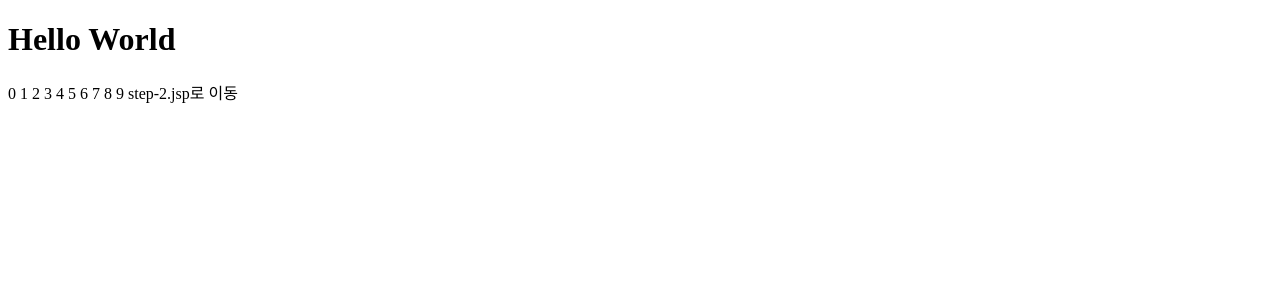
Repository: havanara/240411_JSTL_Project
Page: http://localhost/jstl_study/step-1.jsp
The author's editor kept a copy of each file at every save. The page is drawn from the files as they stood at one save, then again after the next save.
The browser window is 1280 px wide. The pictures show the whole page.
The page is served by Tomcat 9.

Above is the page before, as saved 2024-04-11 02:42:44.

After the next save:
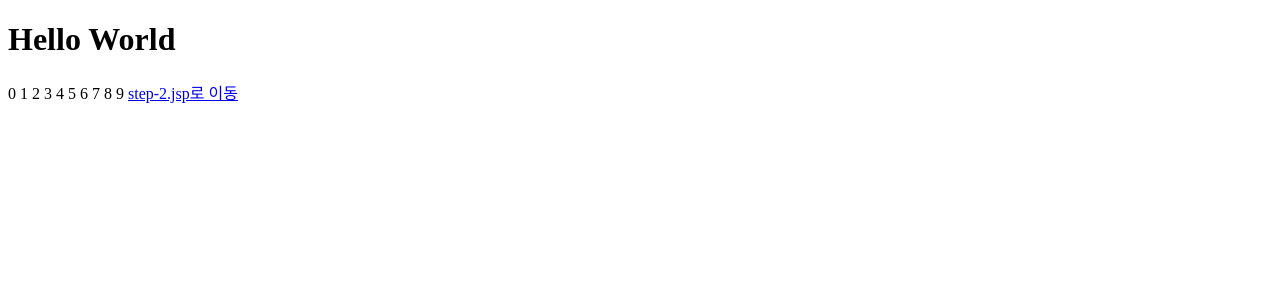
Saved 66 s later.
--- a/jstl_study/src/main/webapp/step-1.jsp
+++ b/jstl_study/src/main/webapp/step-1.jsp
@@ -7,10 +7,11 @@
 <title>Insert title here</title>
 </head>
 <body>
-<h1>Hello World</h1>
-<% for(int i=0; i<10; i++){ %>
-<%=i %>
-<%}%>
-<a>step-2.jsp로 이동</a>
+	<h1>Hello World</h1>
+	<% for(int i=0; i<10; i++){ %>
+	<%=i %>
+	<%}%>
+
+	<a href="step-1.jsp?">step-2.jsp로 이동</a>
 </body>
 </html>
